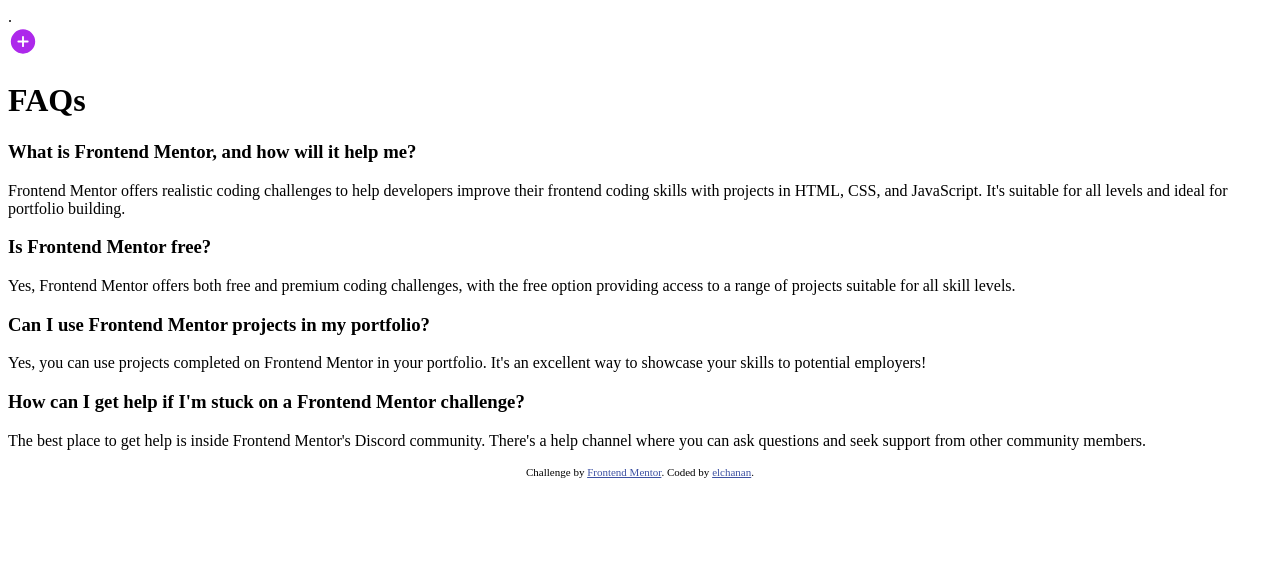
Repository: elchananChen/frontend-mentor-projects
Page: 2024/10/faQs/index.html
An editor plug-in stored every save of this project. The page is shown before and after the next save, followed by the edit.
The browser window is 1280 px wide. The pictures show the whole page.

Above is the page before, as saved 2024-10-13 00:15:52.

### 2024/10/faQs/index.html
<!DOCTYPE html>
<html lang="en">
  <head>
    <meta charset="UTF-8" />
    <meta name="viewport" content="width=device-width, initial-scale=1.0" />

    <link
      rel="icon"
      type="image/png"
      sizes="32x32"
      href="./assets/images/favicon-32x32.png"
    />

    <title>Frontend Mentor | FAQ accordion</title>

    <style>
      .attribution {
        font-size: 11px;
        text-align: center;
      }
      .attribution a {
        color: hsl(228, 45%, 44%);
      }
    </style>

    .
  </head>
  <body>
    <div><img src="./assets/images/icon-plus.svg" alt="" /></div>
    <h1>FAQs</h1>
    <h3>What is Frontend Mentor, and how will it help me?</h3>
    <p>
      Frontend Mentor offers realistic coding challenges to help developers
      improve their frontend coding skills with projects in HTML, CSS, and
      JavaScript. It's suitable for all levels and ideal for portfolio building.
    </p>
    <h3>Is Frontend Mentor free?</h3>
    <p>
      Yes, Frontend Mentor offers both free and premium coding challenges, with
      the free option providing access to a range of projects suitable for all
      skill levels.
    </p>
    <h3>Can I use Frontend Mentor projects in my portfolio?</h3>
    <p>
      Yes, you can use projects completed on Frontend Mentor in your portfolio.
      It's an excellent way to showcase your skills to potential employers!
    </p>
    <h3>How can I get help if I'm stuck on a Frontend Mentor challenge?</h3>
    <p>
      The best place to get help is inside Frontend Mentor's Discord community.
      There's a help channel where you can ask questions and seek support from
      other community members.
    </p>

    <div class="attribution">
      Challenge by
      <a href="https://www.frontendmentor.io?ref=challenge" target="_blank"
        >Frontend Mentor</a
      >. Coded by <a href="#">elchanan</a>.
    </div>
  </body>
</html>

After the next save:
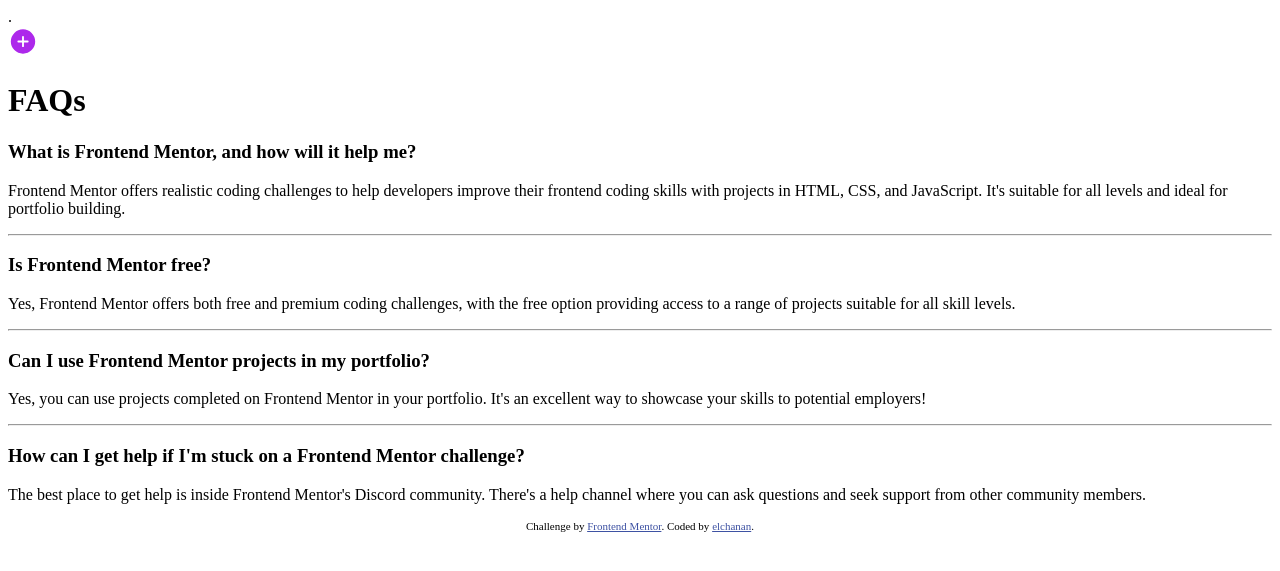
Saved 2 min 50 s later.
--- a/2024/10/faQs/index.html
+++ b/2024/10/faQs/index.html
@@ -26,32 +26,41 @@
     .
   </head>
   <body>
-    <div><img src="./assets/images/icon-plus.svg" alt="" /></div>
-    <h1>FAQs</h1>
-    <h3>What is Frontend Mentor, and how will it help me?</h3>
-    <p>
-      Frontend Mentor offers realistic coding challenges to help developers
-      improve their frontend coding skills with projects in HTML, CSS, and
-      JavaScript. It's suitable for all levels and ideal for portfolio building.
-    </p>
-    <h3>Is Frontend Mentor free?</h3>
-    <p>
-      Yes, Frontend Mentor offers both free and premium coding challenges, with
-      the free option providing access to a range of projects suitable for all
-      skill levels.
-    </p>
-    <h3>Can I use Frontend Mentor projects in my portfolio?</h3>
-    <p>
-      Yes, you can use projects completed on Frontend Mentor in your portfolio.
-      It's an excellent way to showcase your skills to potential employers!
-    </p>
-    <h3>How can I get help if I'm stuck on a Frontend Mentor challenge?</h3>
-    <p>
-      The best place to get help is inside Frontend Mentor's Discord community.
-      There's a help channel where you can ask questions and seek support from
-      other community members.
-    </p>
+    <header>
+      <div><img src="./assets/images/icon-plus.svg" alt="" /></div>
+      <h1>FAQs</h1>
+    </header>
+    <main>
+      <h3>What is Frontend Mentor, and how will it help me?</h3>
+      <p>
+        Frontend Mentor offers realistic coding challenges to help developers
+        improve their frontend coding skills with projects in HTML, CSS, and
+        JavaScript. It's suitable for all levels and ideal for portfolio
+        building.
+      </p>
 
+      <hr />
+      <h3>Is Frontend Mentor free?</h3>
+      <p>
+        Yes, Frontend Mentor offers both free and premium coding challenges,
+        with the free option providing access to a range of projects suitable
+        for all skill levels.
+      </p>
+      <hr />
+      <h3>Can I use Frontend Mentor projects in my portfolio?</h3>
+      <p>
+        Yes, you can use projects completed on Frontend Mentor in your
+        portfolio. It's an excellent way to showcase your skills to potential
+        employers!
+      </p>
+      <hr />
+      <h3>How can I get help if I'm stuck on a Frontend Mentor challenge?</h3>
+      <p>
+        The best place to get help is inside Frontend Mentor's Discord
+        community. There's a help channel where you can ask questions and seek
+        support from other community members.
+      </p>
+    </main>
     <div class="attribution">
       Challenge by
       <a href="https://www.frontendmentor.io?ref=challenge" target="_blank"
